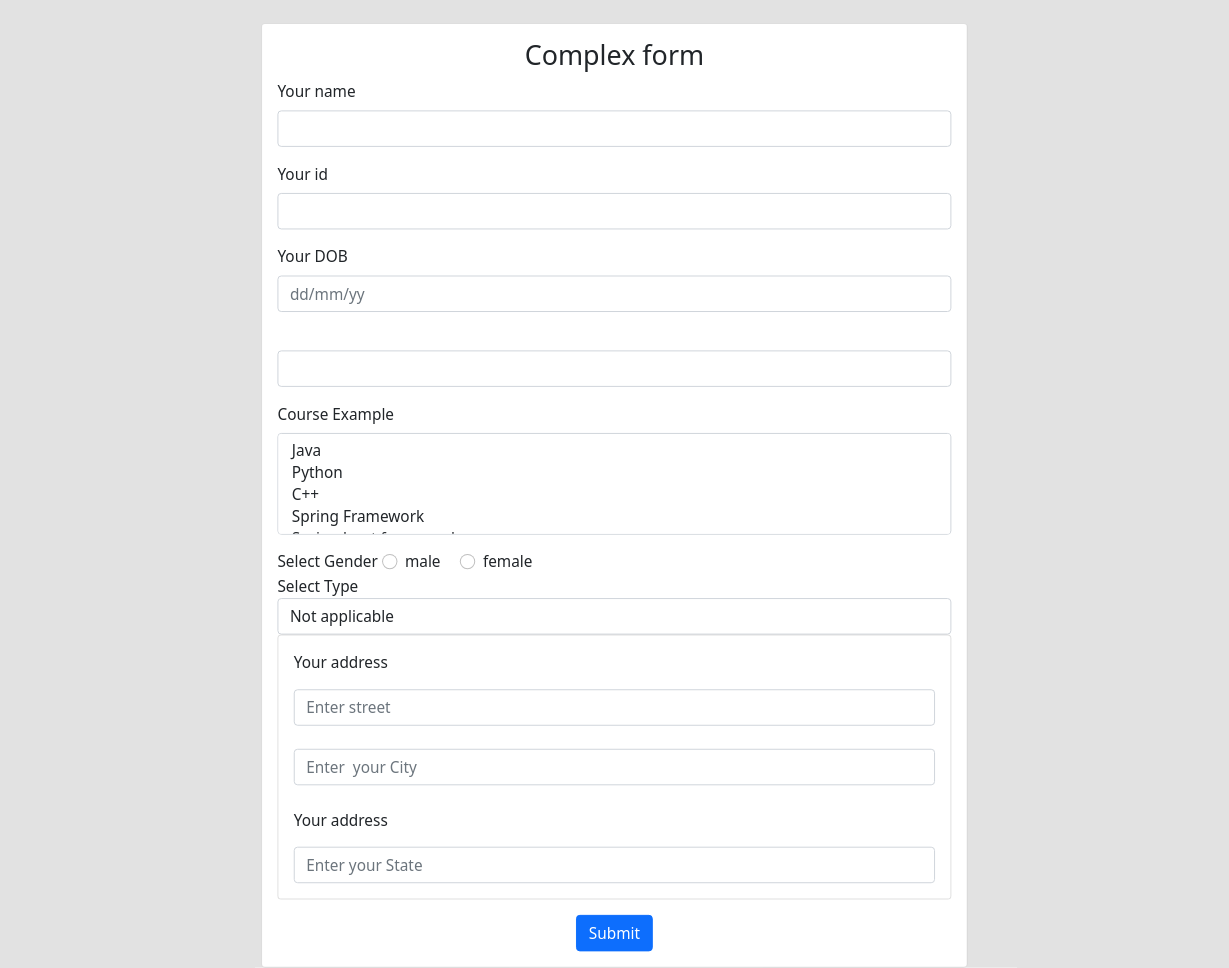
Repository: himanshurai26/Spring-Framewrok-code-
Page: http://localhost/SpringMvcSearch/WEB-INF/views/complex-form.jsp
The author's editor kept a copy of each file at every save. The page is drawn from the files as they stood at one save, then again after the next save.
The browser window is 1280 px wide. The pictures show the whole page, at 96% of full size.
The page is served by Tomcat 9. Nobody is signed in. The template is opened directly, without the code that normally fills it, so the values that code supplies are empty.

Above is the page before, as saved 2023-07-28 18:15:52.

After the next save:
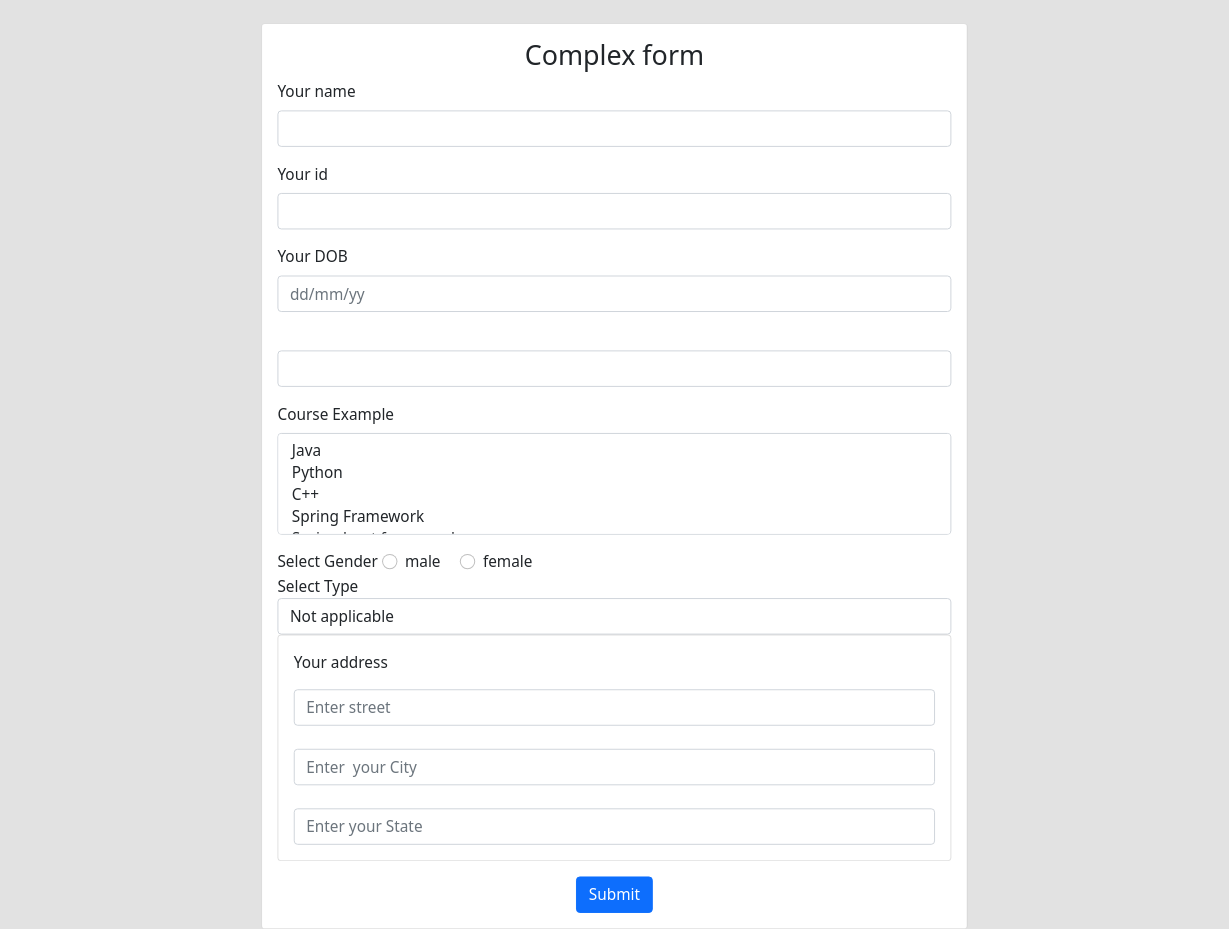
Saved 29 s later.
--- a/SpringMVC/SpringMvcSearch/src/main/webapp/WEB-INF/views/complex-form.jsp
+++ b/SpringMVC/SpringMvcSearch/src/main/webapp/WEB-INF/views/complex-form.jsp
@@ -96,7 +96,7 @@
     <input type="text" class="form-control"  name="city" placeholder="Enter  your City" />
     </div>
     <br>
-    <p>Your address</p>
+
 
     <div class="form-group">
     <input type="text" class="form-control"  name="state" placeholder="Enter your State" />
